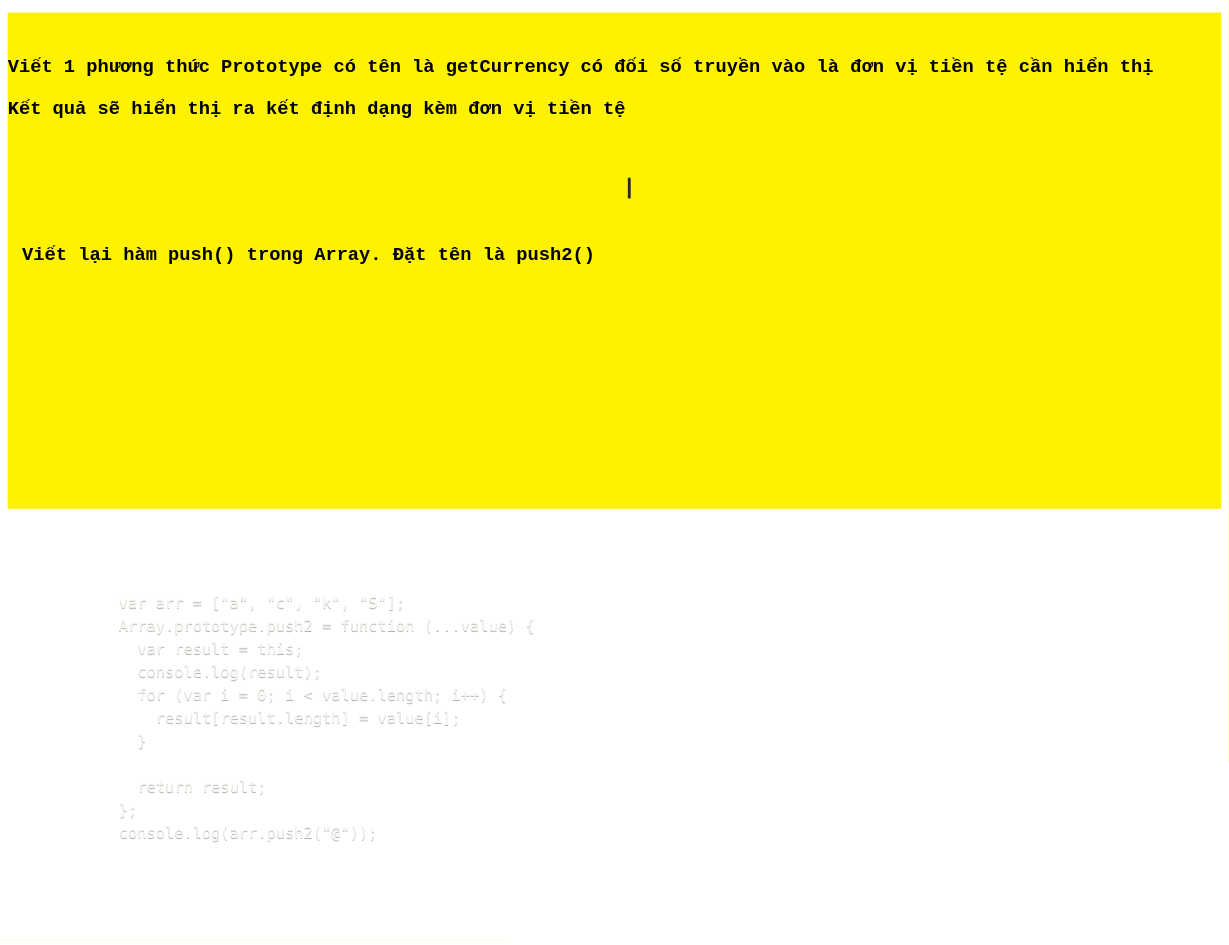
Repository: Dongnguyen318/Quydong
Page: Day 22.1/ex03.html
The author's editor kept a copy of each file at every save. The page is drawn from the files as they stood at one save, then again after the next save.
The browser window is 1280 px wide. The pictures show the whole page, at 96% of full size.

Above is the page before, as saved 2023-09-05 23:17:05.

### Day 22.1/ex03.html
<!DOCTYPE html>
<html lang="en">
  <head>
    <meta charset="UTF-8" />
    <meta name="viewport" content="width=device-width, initial-scale=1.0" />
    <title>Document</title>
    <link
      rel="stylesheet"
      href="https://cdn.jsdelivr.net/npm/prismjs@1.29.0/themes/prism-okaidia.min.css"
    />
    <script src="./js/3.js"></script>
  </head>
  <body>
    <pre style="background-color: rgb(255, 242, 0)">
        <code >
            <h2>Viết 1 phương thức Prototype có tên là getCurrency có đối số truyền vào là đơn vị tiền tệ cần hiển thị

Kết quả sẽ hiển thị ra kết định dạng kèm đơn vị tiền tệ</h2>
<p style="text-align: center;">
    <code class="language-js">
    </code>
    <h2 style="padding: 15px;" >Viết lại hàm push() trong Array. Đặt tên là push2()</h2>
    <pre>
        <code class="language-js" >
        </code>
    </pre>


</p>
        </code>
    </pre>
    <br />
    <br />
    <pre>
        <code class="language-js">
            var arr = ["a", "c", "k", "S"];
            Array.prototype.push2 = function (...value) {
              var result = this;
              console.log(result);
              for (var i = 0; i < value.length; i++) {
                result[result.length] = value[i];
              }

              return result;
            };
            console.log(arr.push2("@"));


        </code>
    </pre>
    <script src="https://cdn.jsdelivr.net/npm/prismjs@1.29.0/components/prism-core.min.js"></script>
    <script src="https://cdn.jsdelivr.net/npm/prismjs@1.29.0/plugins/autoloader/prism-autoloader.min.js"></script>
  </body>
</html>

### Day 22.1/js/3.js
var arr = ["a", "c", "k", "S"];
Array.prototype.push2 = function (...value) {
  var result = this;
  console.log(result);
  for (var i = 0; i < value.length; i++) {
    result[result.length] = value[i];
  }

  return result;
};
console.log(arr.push2("@"));

After the next save:
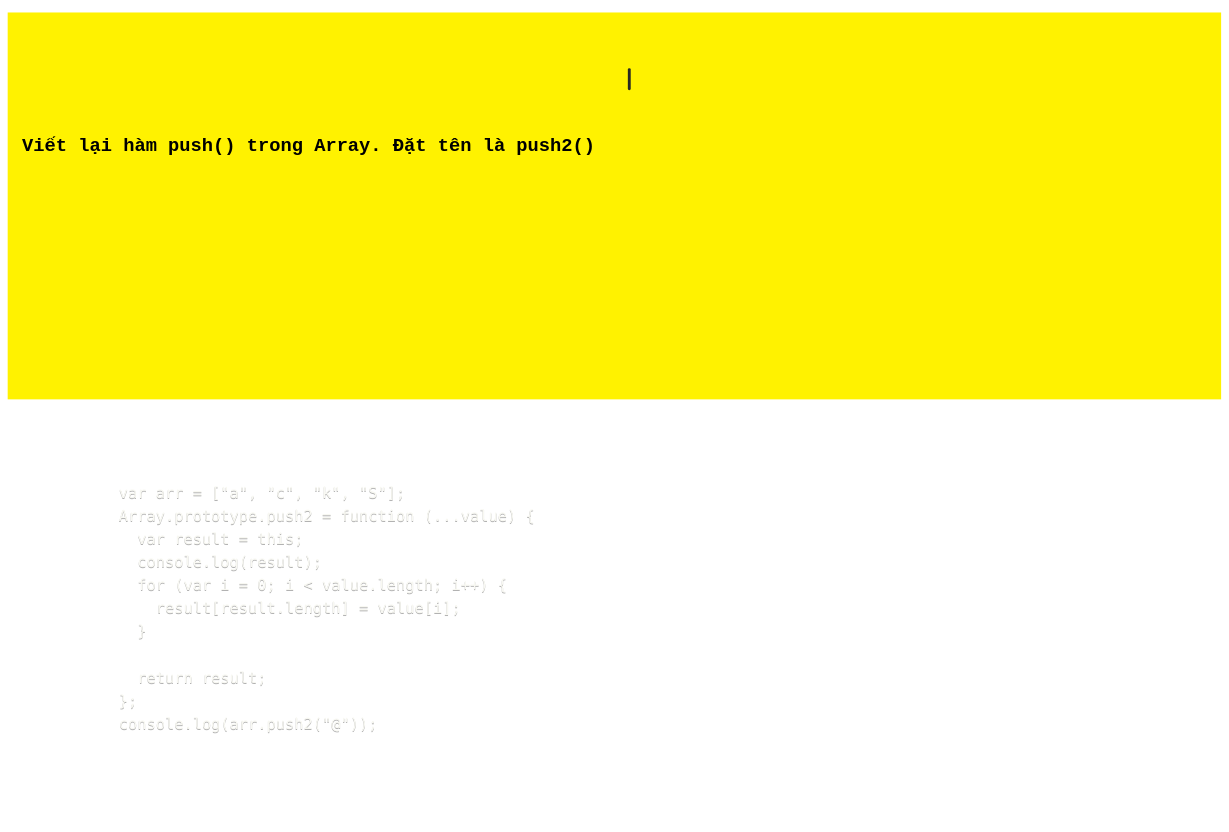
Saved 34 s later.
--- a/Day 22.1/ex03.html
+++ b/Day 22.1/ex03.html
@@ -13,9 +13,7 @@
   <body>
     <pre style="background-color: rgb(255, 242, 0)">
         <code >
-            <h2>Viết 1 phương thức Prototype có tên là getCurrency có đối số truyền vào là đơn vị tiền tệ cần hiển thị
-
-Kết quả sẽ hiển thị ra kết định dạng kèm đơn vị tiền tệ</h2>
+            <h2</h2>
 <p style="text-align: center;">
     <code class="language-js">
     </code>
